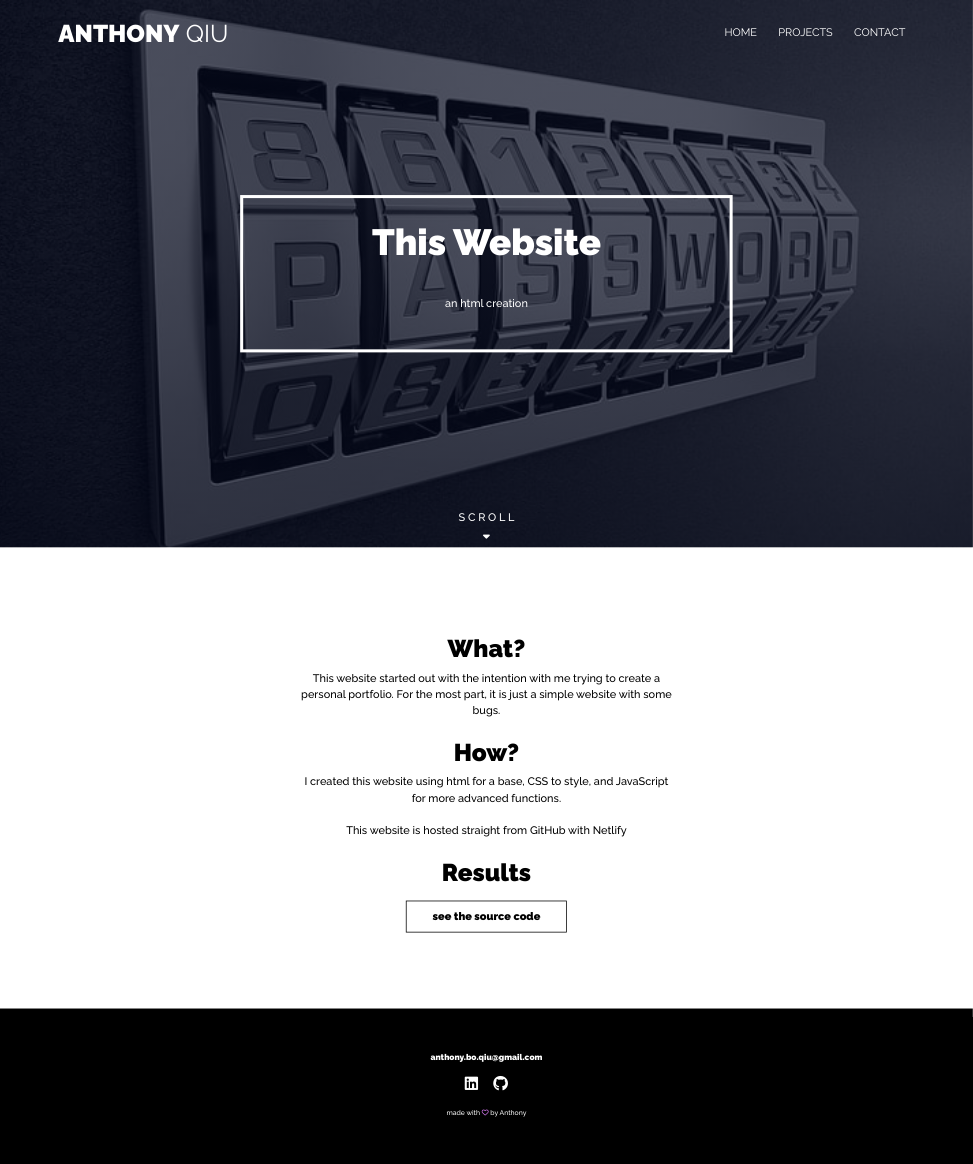
Repository: 7UM1N/anthonyq.github.io
Page: this-website.html
An editor plug-in stored every save of this project. The page is shown before and after the next save, followed by the edit.
The browser window is 1280 px wide. The pictures show the whole page, at 76% of full size.

Above is the page before, as saved 2023-01-10 20:35:13.

### this-website.html
<!DOCTYPE html>
<html lang="en">
    <head>
        <meta charset="UTF-8">
        <meta name="viewport" content="width=device-width, initial-scale=1.0">
        <title>Anthony Qiu</title>
        <link rel="stylesheet" href="https://cdnjs.cloudflare.com/ajax/libs/normalize/8.0.1/normalize.min.css" integrity="sha512-NhSC1YmyruXifcj/KFRWoC561YpHpc5Jtzgvbuzx5VozKpWvQ+4nXhPdFgmx8xqexRcpAglTj9sIBWINXa8x5w==" crossorigin="anonymous" referrerpolicy="no-referrer" />
        <link rel="stylesheet" href="https://cdnjs.cloudflare.com/ajax/libs/font-awesome/6.2.1/css/all.min.css" integrity="sha512-MV7K8+y+gLIBoVD59lQIYicR65iaqukzvf/nwasF0nqhPay5w/9lJmVM2hMDcnK1OnMGCdVK+iQrJ7lzPJQd1w==" crossorigin="anonymous" referrerpolicy="no-referrer" />
        <link rel="stylesheet" href="css/style.css">
        <link rel="preconnect" href="https://fonts.googleapis.com">
        <link rel="preconnect" href="https://fonts.gstatic.com" crossorigin>
        <link href="https://fonts.googleapis.com/css2?family=Raleway:ital,wght@0,100;0,200;0,300;0,400;0,500;0,600;0,700;0,800;0,900;1,100;1,200;1,300;1,400;1,500;1,600;1,700;1,800;1,900&display=swap" rel="stylesheet">
    </head>
    <body>

        <!-- header -->
        <section class="sub-header sub-header-codebreaker">
            <nav>
                <a class="logo" href="index.html">
                    <strong>ANTHONY</strong> QIU
                </a>
                <div class="nav-links" id="navLinks">
                    <ul>
                        <i class="fa-solid fa-xmark" onclick="hideMenu()"></i>
                        <li><a href="index.html" >HOME</a></li>
                        <li><a href="index.html#projects">PROJECTS</a></li>
                        <li><a href="contact.html">CONTACT</a></li>
                    </ul>
                </div>
                <i class="fa-solid fa-bars" onclick="showMenu()"></i>
            </nav>
            <div class="text-box">
                <h1>This Website</h1>
                <p>
                    an html creation
                </p>
            </div>
            <div class="scroll">
                <p>S C R O L L<br><i class="fa-solid fa-sort-down"></i></p>
            </div>
        </section>

        <!-- content -->
        <section class="portfolio-item-section">
            <h2>What?</h2>
            <P>
                This website started out with the intention with me trying to create a personal portfolio. For the most part, it is just a simple website with some bugs.
            </P>
            <h2>How?</h2>
            <p>
                I created this website using html for a base, CSS to style, and JavaScript for more advanced functions.
                <br><br> This website is hosted straight from GitHub with Netlify
            </p>

            <h2>Results</h2>

            <a href="https://github.com/anthonyqiu/codebreaker" download class="hero-btn inverse-btn"><strong>see the source code</strong></a>
        </section>

        <!-- footer -->
        <footer class="footer">
            <a href="mailto:anthony.bo.qiu@gmail.com" class="email">anthony.bo.qiu@gmail.com</a>
            <ul class="socials">
                <li class="socials-item">
                    <a class="social-item-link" href="https://www.linkedin.com/in/anthonyboqiu">
                        <i class="fa-brands fa-linkedin"></i>
                    </a>
                </li>
                <li class="socials-item">
                    <a class="social-item-link" href="https://github.com/anthonyqiu">
                        <i class="fa-brands fa-github"></i>
                    </a>
                </li>
            </ul>
            <P class="love">made with <i class="fa-regular fa-heart"></i> by Anthony</p>
        </footer>

        <!-- javascript-->
        <script src="js/index.js"></script>
    </body>
</html>

### css/style.css
/*custom properties*/
:root {
    --ff-primary: 'Raleway', sans-serif;
    --ff-secondary: 'Raleway', sans-serif;

    --fw-reg: 500;
    --fw-bold: 850;

    --clr-light: #fff;
    --clr-dark: #000000;
    --clr-accent: #e281ff;

    --fs-h1: 3rem;
    --fs-h2: 2rem;
    --fs-h3: 1.25rem;
    --fs-h4: 1.05rem;
    --fs-body: 0.9rem;

    --bs: 0.25em 0.25em 0.75em rgba(0, 0, 0, .25), 0.125em 0.125em 0.25em rgba(0, 0, 0, .15);
}

* {
    margin: 0;
    padding: 0;
    font-family: var(--ff-primary);
}

/* typography */
h1,
h2,
h3 {
    line-height: 1.1;
}

h1, h2, h3, h4 {
    font-weight: var(--fw-bold);
}

h1 {font-size: var(--fs-h1)}
h2 {font-size: var(--fs-h2)}
h3 {
    font-size: var(--fs-h3);
    font-weight: 800;
}
h4 {
    font-size: var(--fs-h4);
}

p {
    font-size: var(--fs-body);
    font-weight: var(--fw-reg);
    line-height: 150%;
    padding: 10px;
}

a:link {
    text-decoration: none;
}

a:visited {
    text-decoration: none;
}

a:hover {
    text-decoration: none;
}

a:active {
    text-decoration: none;
}

strong {font-weight: var(--fw-bold);}

/*header*/
header {
    min-height: 100vh;
    width: 100%;
    background-image: linear-gradient(rgba(4, 9, 30, 0.7), rgba(4, 9, 30, 0.7)), url(../img/blueprint.jpeg);
    background-position: center;
    background-size: cover;
    position: relative;
}

header img {
    max-width: 20vh;
    border-radius: 7%;
}

nav {
    display: flex;
    padding: 2% 6%;
    justify-content: space-between;
    align-items: center;
}

.logo {
    color: var(--clr-light);
    text-decoration: none;
    font-size: var(--fs-h2);
}

.nav-links {
    flex: 1;
    text-align: right;
}

.nav-links ul li {
    list-style: none;
    display: inline-block;
    padding: 8px 12px;
    position: relative;
}

.nav-links ul li a {
    color: var(--clr-light);
    text-decoration: none;
    font-size: var(--fs-body);
}

.nav-links ul li::after {
    content: '';
    width: 0%;
    height: 2px;
    background: var(--clr-light);
    display: block;
    margin: auto;
    transition: 0.5s;
}

.nav-links ul li:hover::after {
    width: 100%;
}

.text-box {
    width: 50%;
    color: var(--clr-light);
    position: absolute;
    top: 50%;
    left: 50%;
    transform: translate(-50%, -50%);
    text-align: center;
}

.text-box p {
    margin: 10px 0 40px;
    color: var(--clr-light);
}

.hero-btn {
    color: var(--clr-light);
    border: 1px solid var(--clr-light);
    display: inline-block;
    text-decoration: none;
    padding: 12px 34px;
    font-size: var(--fs-body);
    background: transparent;
    position: relative;
    cursor: pointer;
    margin-top: 20px;;
}

.hero-btn:hover {
    background: var(--clr-light);
    color: var(--clr-dark);
    transition: 1s;
}

.inverse-btn {
    color: var(--clr-dark);
    border: 1px solid var(--clr-dark);
}

.inverse-btn:hover {
    color: var(--clr-light);
    background: var(--clr-dark);
}

nav .fa-solid {
    display: none;
}

.scroll {
    color: var(--clr-light);
    text-align: center;
    position: absolute;
    top: 96%;
    left: 50%;
    transform: translate(-50%, -50%);
}

/*projects*/

.projects {
    width: 80%;
    margin: auto;
    text-align: center;
    padding-top: 100px;
    padding-bottom: 100px;
}

.projects p {
    color: var(--clr-dark);
}

.projects img {
    width: 12rem;
    height: 18rem;
    border-radius: 10px;
}

.portfolio {
    display: flex;
    flex-wrap: wrap;
    gap: 1.5rem;

    margin: auto;
    align-items: center;
    justify-content: center;
    margin-top: 3rem;
}

.portfolio-item {
    background-position: center;
    background-size: cover;
    position: relative;

    color: var(--clr-light);
    width: 350px;
    height: 500px;
    flex-shrink: 0;
    border-radius: 10px;
    box-sizing: border-box;
    transition: 0.5s;

    display: flex;
    justify-content: center;
    align-items: center;
    flex-direction: column;
}

.portfolio-item h3 {
    color: var(--clr-light);
    width: 150px;
    height: 150px;
    border-style: solid;
    border-width: 0.3rem;
    border-color: var(--clr-light);
    border-radius: 50%;

    position: relative;
    display: flex;
    justify-content: center;
    align-items: center;
    margin: auto;
}

.portfolio-item p {
    color: var(--clr-light);

    display: flex;
    justify-content: center;
    align-items: center;
    margin: auto;
    opacity: 0%;
    transition: 1s;
}

.nerfv2 {
    background-image: linear-gradient(rgba(4, 9, 30, 0.5), rgba(4, 9, 30, 0.5)), url(../img/coming-soon.webp);
}

.launcho {
    background-image: linear-gradient(rgba(4, 9, 30, 0.5), rgba(4, 9, 30, 0.5)), url(../img/launcho/launcho-card.jpg);
}

.codebreaker {
    background-image: linear-gradient(rgba(4, 9, 30, 0.5), rgba(4, 9, 30, 0.5)), url(../img/codebreaker/codebreaker-card.jpg);
}

.saitama {
    background-image: linear-gradient(rgba(4, 9, 30, 0.5), rgba(4, 9, 30, 0.5)), url(../img/saitama/saitama-banner.webp);
}

.this-website {
    background-image: linear-gradient(rgba(4, 9, 30, 0.5), rgba(4, 9, 30, 0.5)), url(../img/this-website/this-website-card.jpeg);
}

.portfolio-item h3 {
    vertical-align: middle;
}

.portfolio-item:hover {
    box-shadow: 0 0 20px 0px rgba(0, 0, 0, 0.80);
    filter: brightness(90%);
}

.portfolio-item:hover p {
    opacity: 100%;
}

.portfolio-item-text {
    position: absolute;
    top: 0;
}

/* footer */
.footer {
    background: var(--clr-dark);
    color: var(--clr-light);
    text-align: center;
    padding: 2.5em 0;
    font-size: var(--fs-h3);
    font-family: var(--ff-secondary);
}

.footer a {
    color: inherit;
    text-decoration: none;
}

.email {
    font-weight: var(--fw-bold);
    font-size: 11px;
}

.email:hover,
.social-item-link:hover {
    transform: scale(2);
    opacity: .5;
}

.email,
.social-item-link {
    transition:
        transform 750ms cubic-bezier(.5, 0, .5, 1),
        opacity 250ms linear;
}

.socials {
    list-style: none;
    display: flex;
    justify-content: center;
    margin: 0.25em 0 0;
    padding: 0;
}

.socials-item {
    margin: - .5em;
}

.socials-item {
    padding: .5em;
}

.love {
    font-size: 9px;
}

.fa-heart {
    color: var(--clr-accent);
}

/* sub header */
.sub-header {
    height: 100vh;
    width: 100%;
    background-image: linear-gradient(rgba(4, 9, 30, 0.7), rgba(4, 9, 30, 0.7)), url(../img/launcho/launcho-card.jpg);
    background-position: center;
    background-size: cover;
    text-align: center;
    margin: auto;
    position: relative;
}
.sub-header-contact {background-image: linear-gradient(rgba(4, 9, 30, 0.7), rgba(4, 9, 30, 0.7)), url(../img/blueprint.jpeg);}
.sub-header-nerfv2 {background-image: linear-gradient(rgba(4, 9, 30, 0.7), rgba(4, 9, 30, 0.7)), url(../img/blueprint.jpeg);}
.sub-header-launcho {background-image: linear-gradient(rgba(4, 9, 30, 0.7), rgba(4, 9, 30, 0.7)), url(../img/launcho/launcho-card.jpg);}
.sub-header-codebreaker {background-image: linear-gradient(rgba(4, 9, 30, 0.7), rgba(4, 9, 30, 0.7)), url(../img/codebreaker/codebreaker-banner.jpg);}
.sub-header-saitama {background-image: linear-gradient(rgba(4, 9, 30, 0.7), rgba(4, 9, 30, 0.7)), url(../img/saitama/saitama-banner.webp);}

.sub-header .text-box {
    border-style: solid;
    border-width: 0.25rem;
    border-color: var(--clr-light);
}

.portfolio-item-section {
    text-align: center;
    padding-top: 100px;
    padding-bottom: 100px;
    width: 40%;

    position: relative;
    display: flex;
    justify-content: center;
    align-items: center;
    margin: auto;
    flex-direction: column;
}

.portfolio-item-section p {
    color: var(--clr-dark);
}

.portfolio-item-section img {
    max-width: 90%;
    max-height: 50vh;
    padding: 2rem;
}

.portfolio-item-section h2,
.portfolio-item-section h3 {
    margin-top: 1rem;
}

.contact {
    padding: 50px;
    width: 40%;
    margin: auto;
    text-align: center;
}

.contact input,
.contact textarea {
    width: 100%;
    padding: 15px;
    margin-bottom: 17px;
    outline: none;
    border: 1px solid var(--clr-dark);
    box-sizing: border-box;
}

/*smaller screens*/
@media(max-width: 800px) {
    .nav-links ul li {
        display: block;
    }

    .nav-links {
        position: fixed;
        background: var(--clr-dark);
        height: 100vh;
        width: 200px;
        top: 0;
        right: -200px;
        text-align: left;
        z-index: 2;
        transition: 1s;
    }

    nav .fa-solid {
        display: block;
        color: var(--clr-light);
        margin: 10px;
        font-size: var(--fs-h3);
        cursor: pointer;
    }

    .text-box {
        width: 90%;
    }

    header img {
        max-width: 10vh;
        border-radius: 3%;
    }

    .portfolio-item-section {
        width: 90%;
    }

    .contact {
        width: 70%;
    }
}

### js/index.js
//toggle menu
var navLinks = document.getElementById("navLinks");

function showMenu(){
    navLinks.style.right = "0";
}

function hideMenu(){
    navLinks.style.right = "-200px";
}

After the next save:
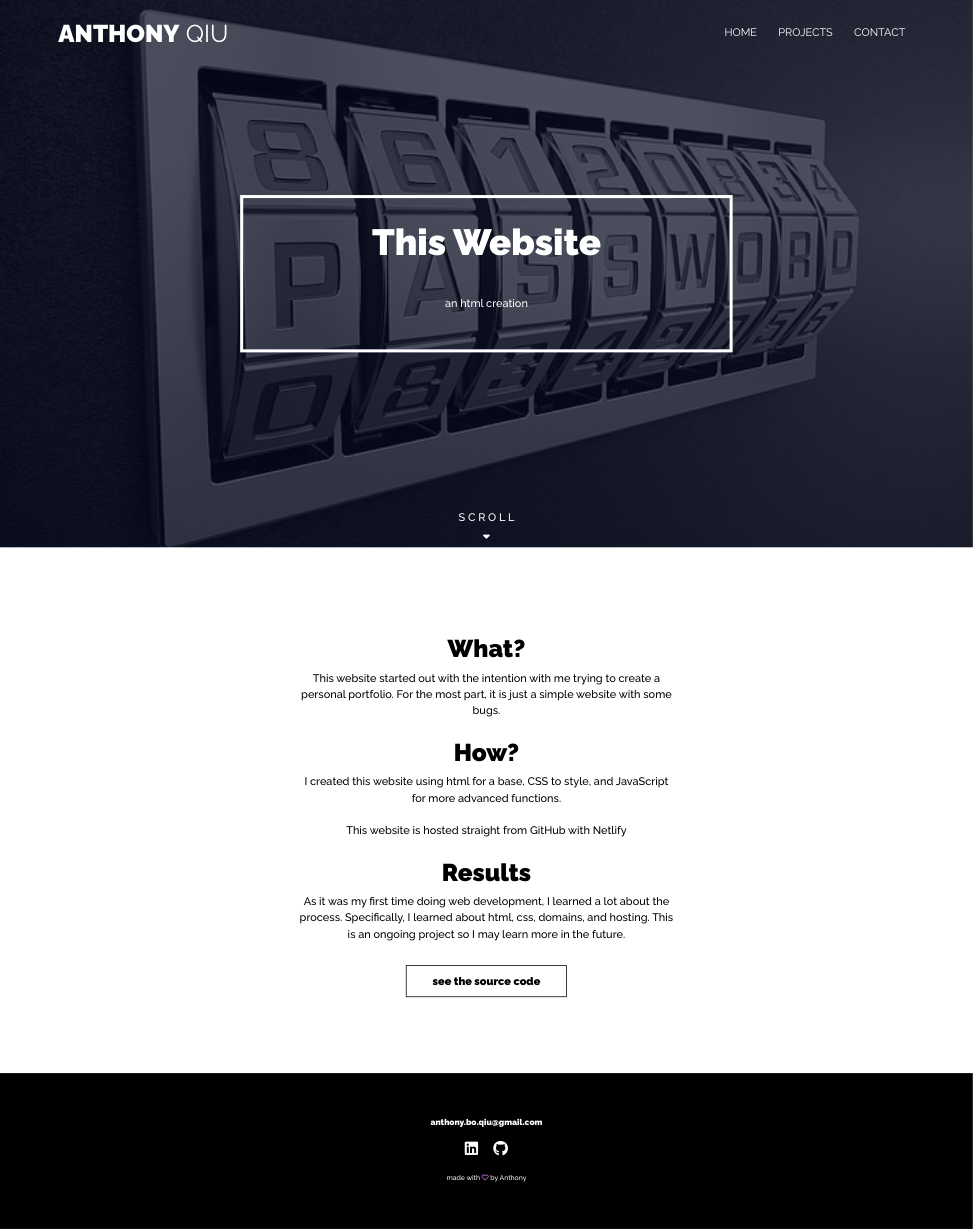
Saved 18 s later.
--- a/this-website.html
+++ b/this-website.html
@@ -49,11 +49,13 @@
             <h2>How?</h2>
             <p>
                 I created this website using html for a base, CSS to style, and JavaScript for more advanced functions.
-                <br><br> This website is hosted straight from GitHub with Netlify
+                <br><br>This website is hosted straight from GitHub with Netlify
             </p>
 
             <h2>Results</h2>
-
+            <P>
+                As it was my first time doing web development, I learned a lot about the process. Specifically, I learned about html, css, domains, and hosting. This is an ongoing project so I may learn more in the future.
+            </P>
             <a href="https://github.com/anthonyqiu/codebreaker" download class="hero-btn inverse-btn"><strong>see the source code</strong></a>
         </section>
 
